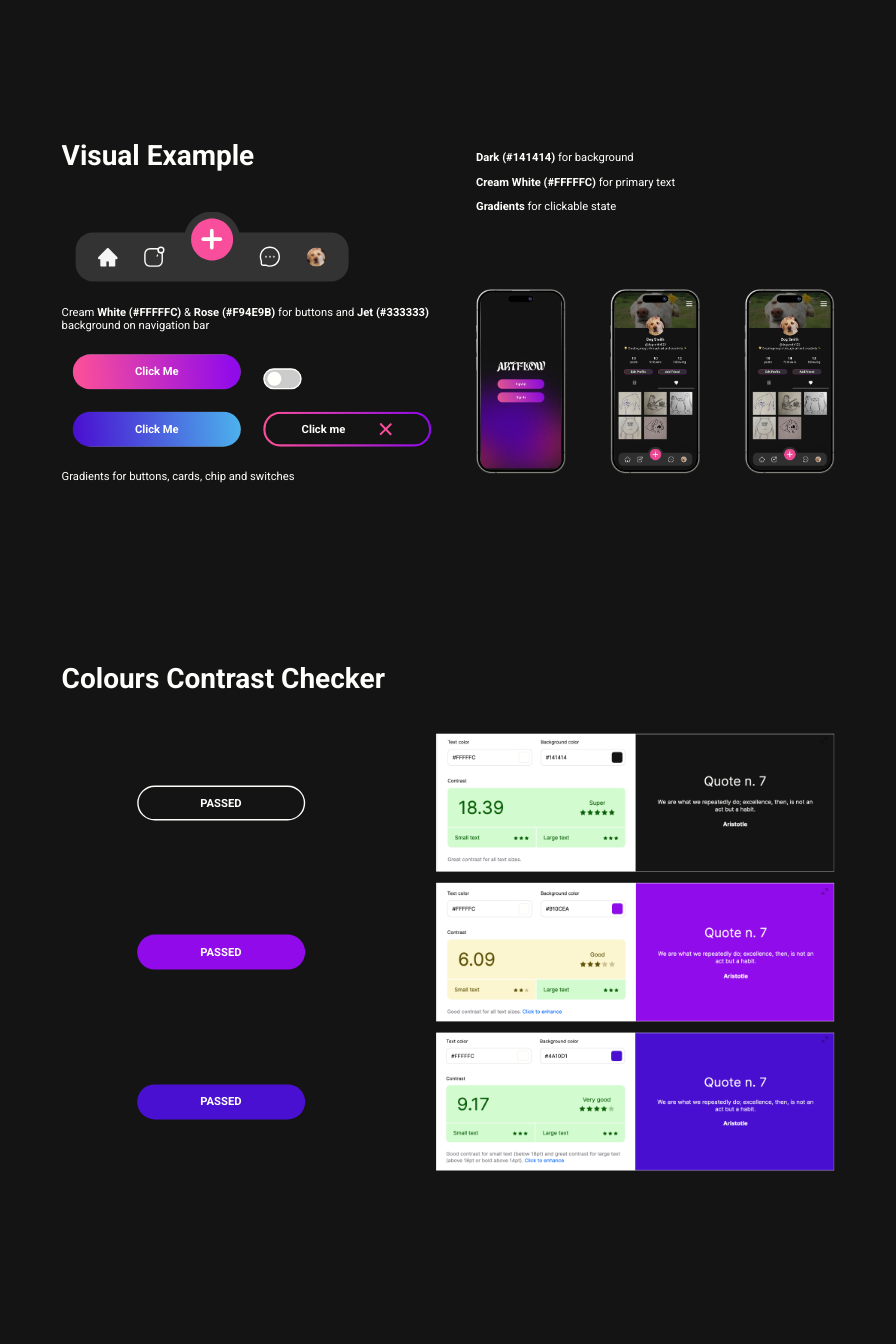
Repository: MonicaNguyenH/artflow_frontend_vanJS
Page: index.html
The author's editor kept a copy of each file at every save. The page is drawn from the files as they stood at one save, then again after the next save.
The browser window is 1280 px wide. The pictures show the part of the page from y = 2303 to 4223 px (the page is 4223 px tall), at 70% of full size.
Some web fonts or font styles are not loaded; a fallback is used.

Above is the page before, as saved 2024-04-05 15:52:32.

After the next save:
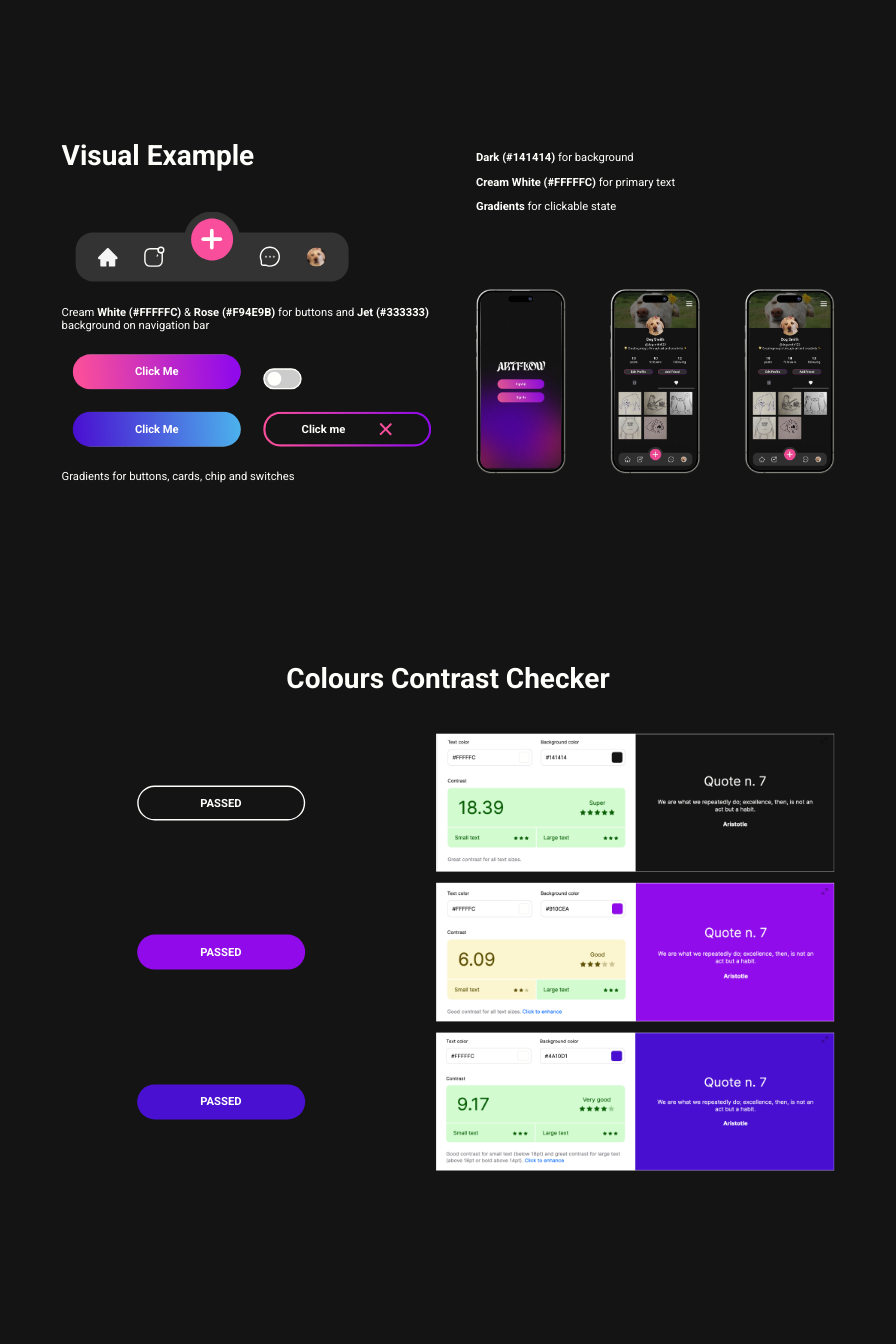
Saved 2 min 6 s later.
--- a/index.html
+++ b/index.html
@@ -173,7 +173,7 @@
                     </div>
                 </div>
             </div>
-            <div class="colourCatg row" style="column-gap: 3rem;">
+            <div class="colourCatg row contrast" style="column-gap: 3rem;">
                 <div class="coloursContent l-span-row">
                     <p class="secHead">Colours Contrast Checker</p>
                 </div>

After the save that followed:
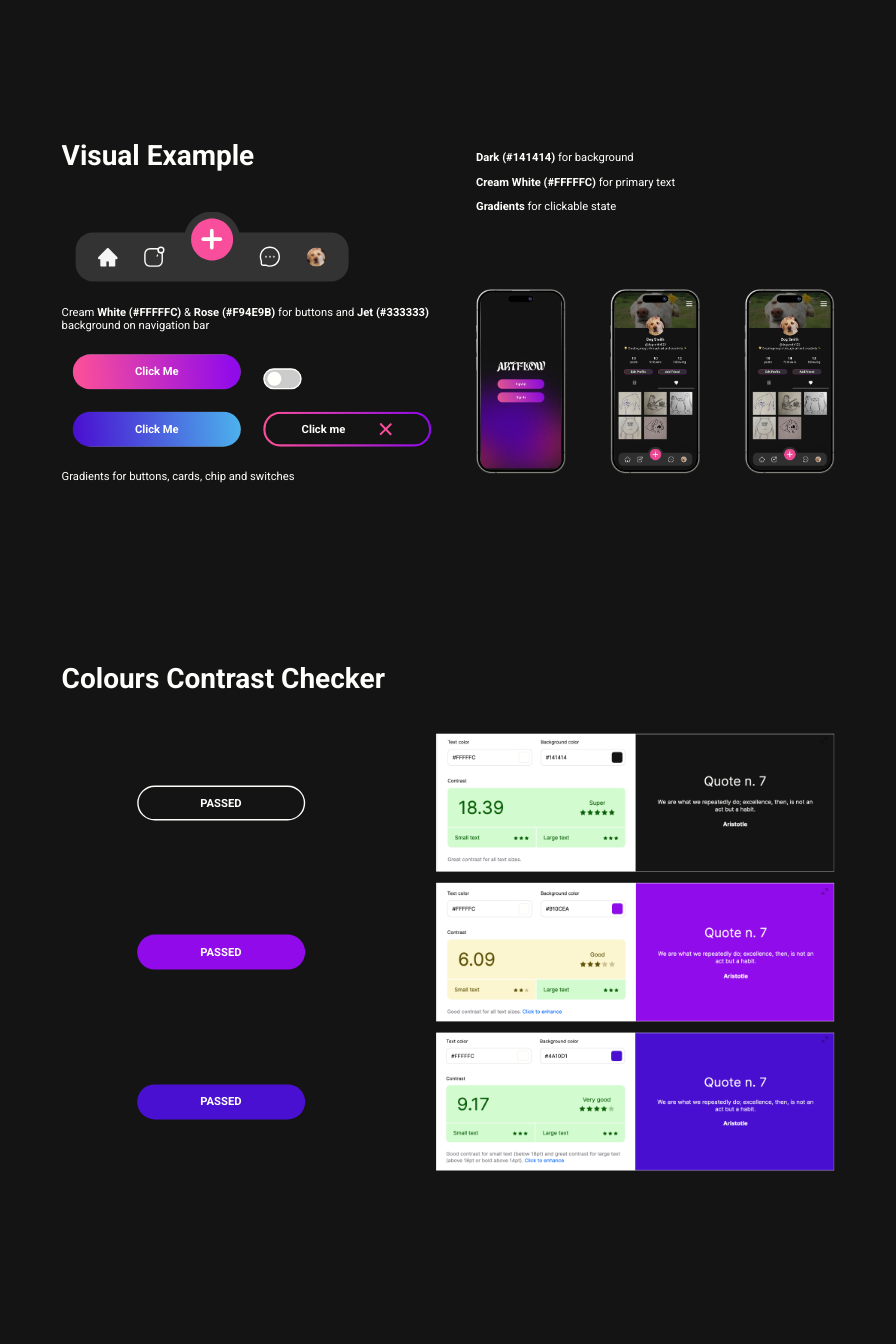
Saved 9 s later.
--- a/index.html
+++ b/index.html
@@ -173,7 +173,7 @@
                     </div>
                 </div>
             </div>
-            <div class="colourCatg row contrast" style="column-gap: 3rem;">
+            <div class="colourCatg row" style="column-gap: 3rem;">
                 <div class="coloursContent l-span-row">
                     <p class="secHead">Colours Contrast Checker</p>
                 </div>
